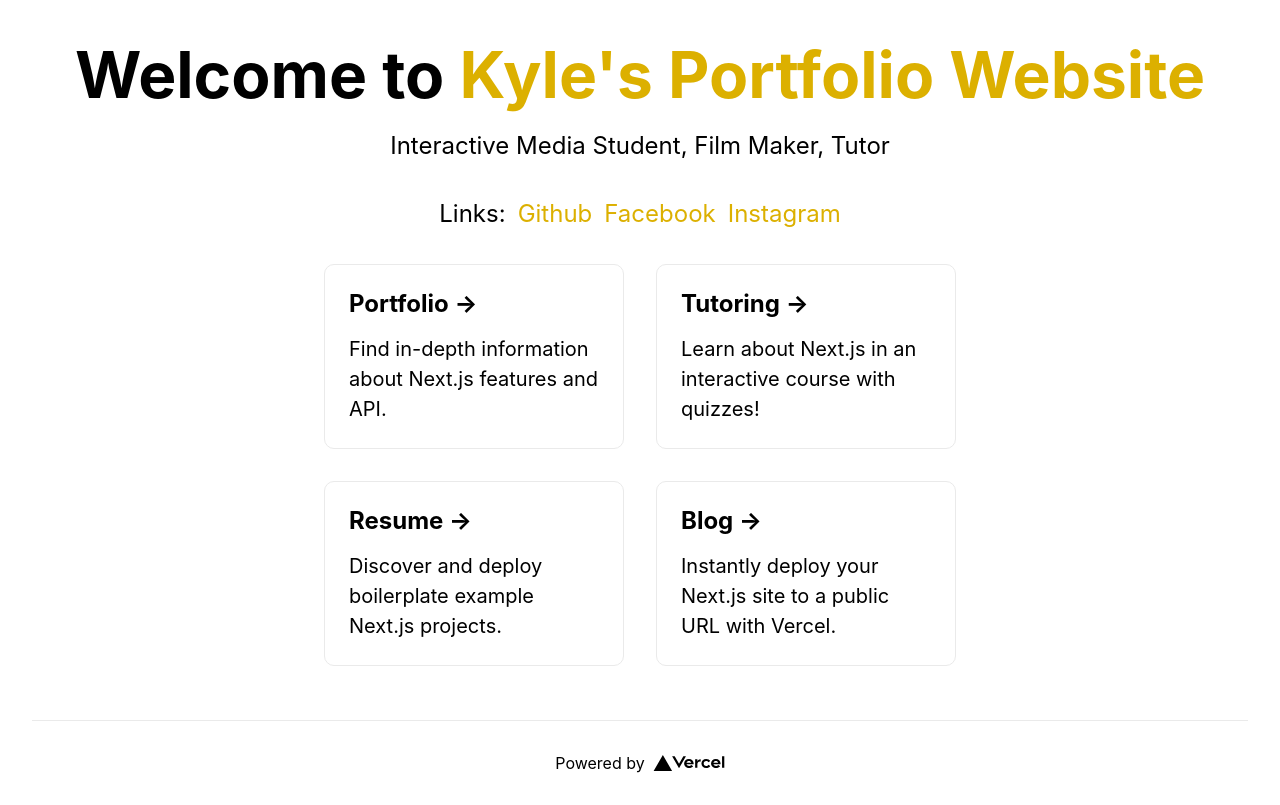
Repository: neomort/CL-portfolio-site
Page: /
These files come from the project's save history. The page is drawn as it stood at one moment and after the next save; the edit follows.
The browser window is 1280 px wide. The pictures show the whole page.
The project was rebuilt for these pictures with package versions that can differ from the ones it lists, and the page was loaded fresh each time. The framework's server and built-in components were replaced by stand-ins that run in the browser. Also part of the build but not shown: next.config.js.

Above is the page before, as saved 2021-12-14 14:31:15.

After the next save:
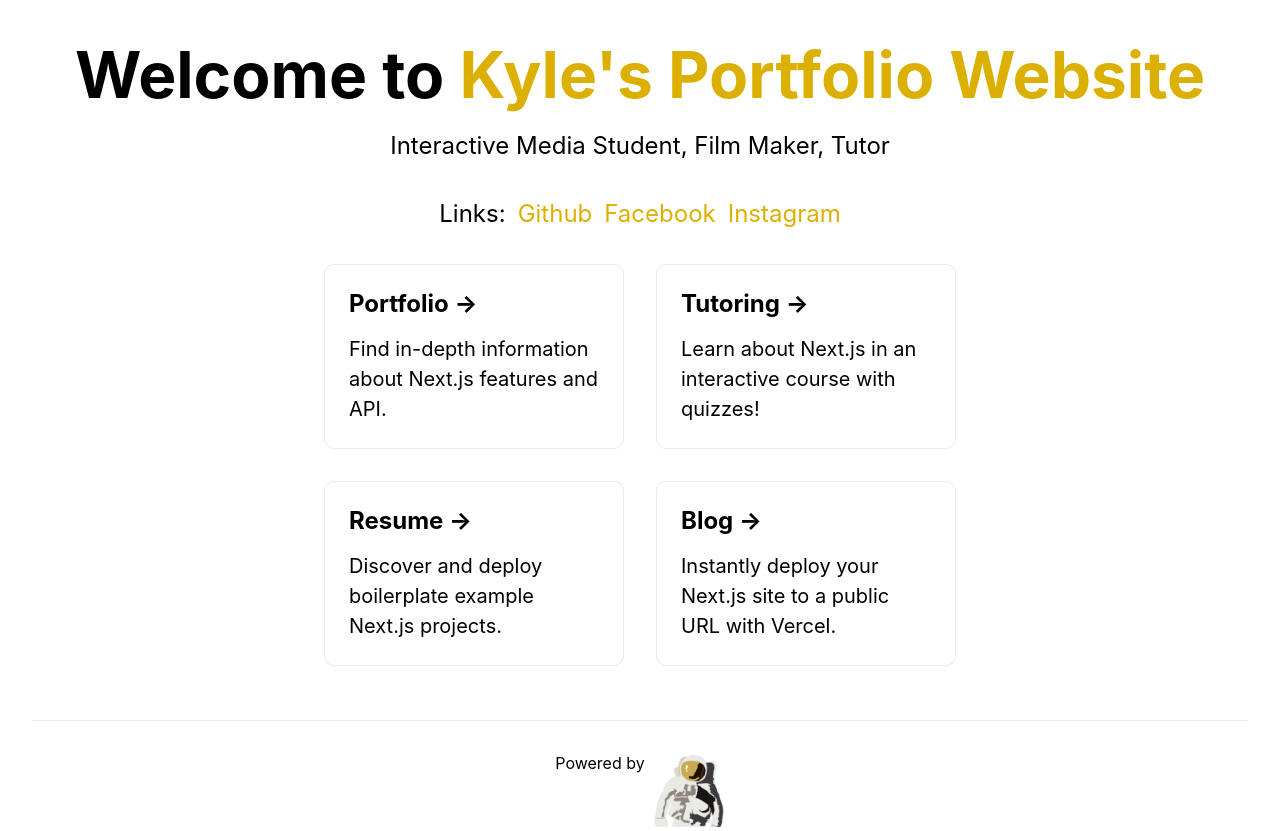
Saved 2 min 17 s later.
--- a/pages/index.js
+++ b/pages/index.js
@@ -61,13 +61,13 @@ export default function Home() {
 
       <footer className={styles.footer}>
         <a
-          href="https://vercel.com?utm_source=create-next-app&utm_medium=default-template&utm_campaign=create-next-app"
+          href="https://kyleadams.com/"
           target="_blank"
           rel="noopener noreferrer"
         >
           Powered by{' '}
           <span className={styles.logo}>
-            <Image src="/vercel.svg" alt="Vercel Logo" width={72} height={16} />
+            <Image src="/images/favicons/apple-touch-icon.png" alt="Spaceman" width={72} height={72} />
           </span>
         </a>
       </footer>
